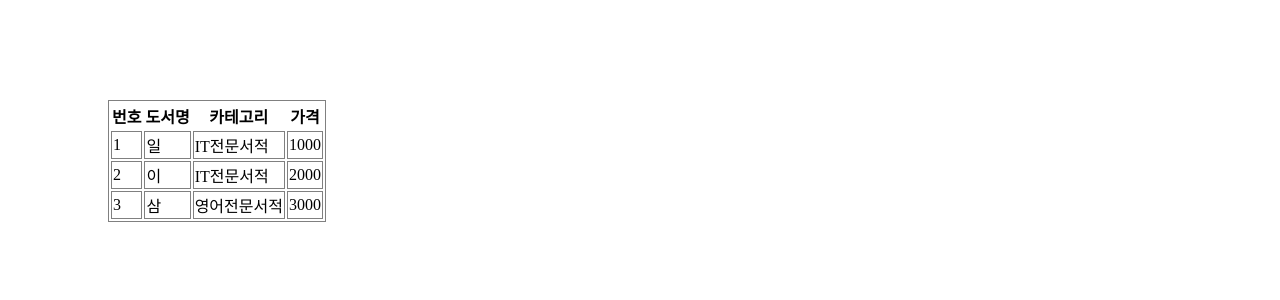
Repository: phoresis92/KITRI_JSP
Page: http://localhost/eljstl2/product.do
These files come from the project's save history. The page is drawn as it stood at one moment and after the next save; the edit follows.
The browser window is 1280 px wide. The pictures show the whole page.
The page is served by Tomcat 9.

Above is the page before, as saved 2018-12-20 07:12:36.

After the next save:
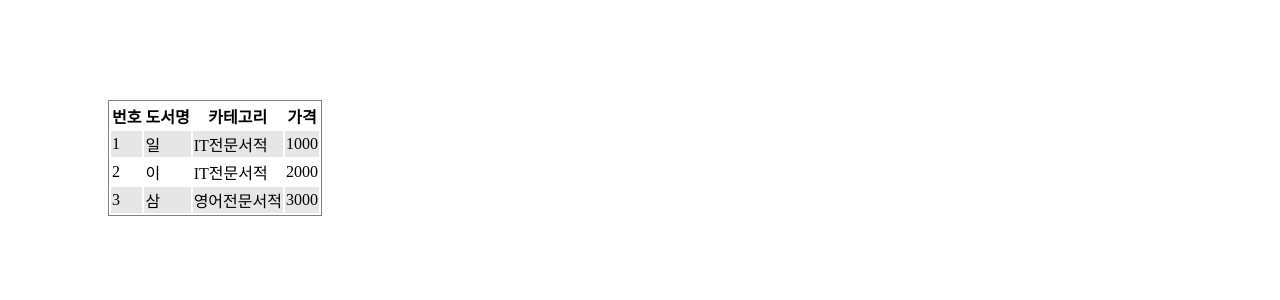
Saved 3 min 11 s later.
--- a/JSP_workspace/eljstl2/WebContent/productlistresult.jsp
+++ b/JSP_workspace/eljstl2/WebContent/productlistresult.jsp
@@ -10,9 +10,12 @@
 <title>Insert title here</title>
 
 <style type="text/css">
-td {
-	border: 1px solid gray;
-}
+
+	table tr:nth-child(2n){
+	background-color: #e6e6e6
+	}
+	table tr:hover{font-weight: bold;}
+
 </style>
 
 </head>
